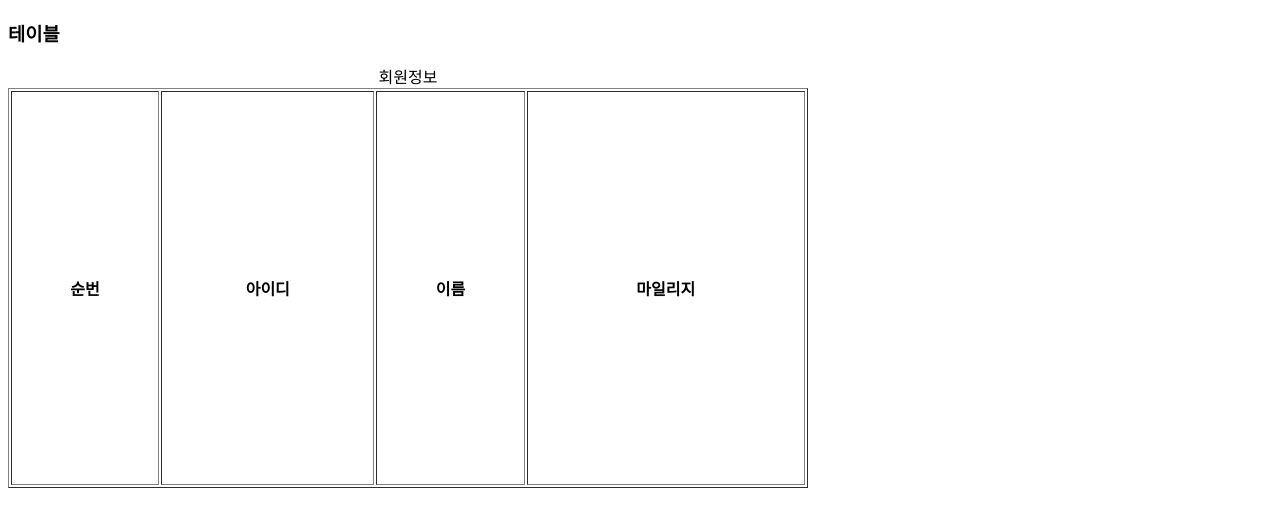
Repository: helloJunejun/WorkSpace_WebUi
Page: 0.2html_form_table/src/main/webapp/sample_table.html
An editor plug-in stored every save of this project. The page is shown before and after the next save, followed by the edit.
The browser window is 1280 px wide. The pictures show the whole page.

Above is the page before, as saved 2021-06-24 01:14:49.

### 0.2html_form_table/src/main/webapp/sample_table.html
<!DOCTYPE html PUBLIC "-//W3C//DTD HTML 4.01 Transitional//EN" "http://www.w3.org/TR/html4/loose.dtd">
<html>
<head>
<meta http-equiv="Content-Type" content="text/html; charset=UTF-8">
<title>테이블 예제</title>
</head>
<body>
<h3>테이블</h3>
<table border="1" width="800px" height="400px">
	<caption>회원정보</caption>
	<tr>
		<th>순번</th>
		<th>아이디</th>
		<th>이름</th>
		<th>마일리지</th>
	</tr>
</table>
</body>
</html>

After the next save:
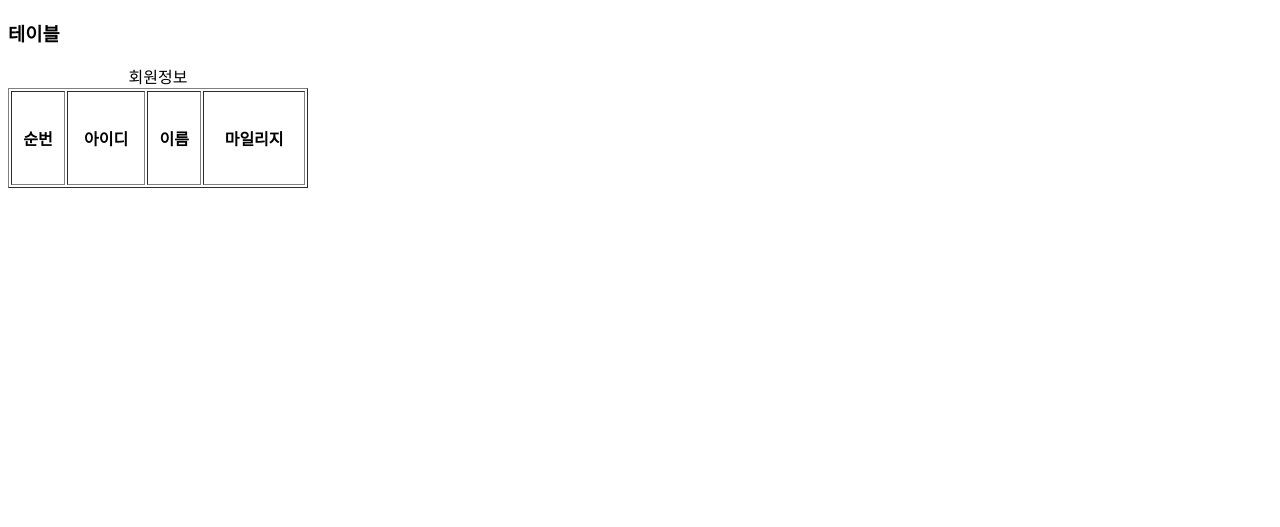
Saved 44 s later.
--- a/0.2html_form_table/src/main/webapp/sample_table.html
+++ b/0.2html_form_table/src/main/webapp/sample_table.html
@@ -6,7 +6,7 @@
 </head>
 <body>
 <h3>테이블</h3>
-<table border="1" width="800px" height="400px">
+<table border="1" width="300px" height="100px">
 	<caption>회원정보</caption>
 	<tr>
 		<th>순번</th>
